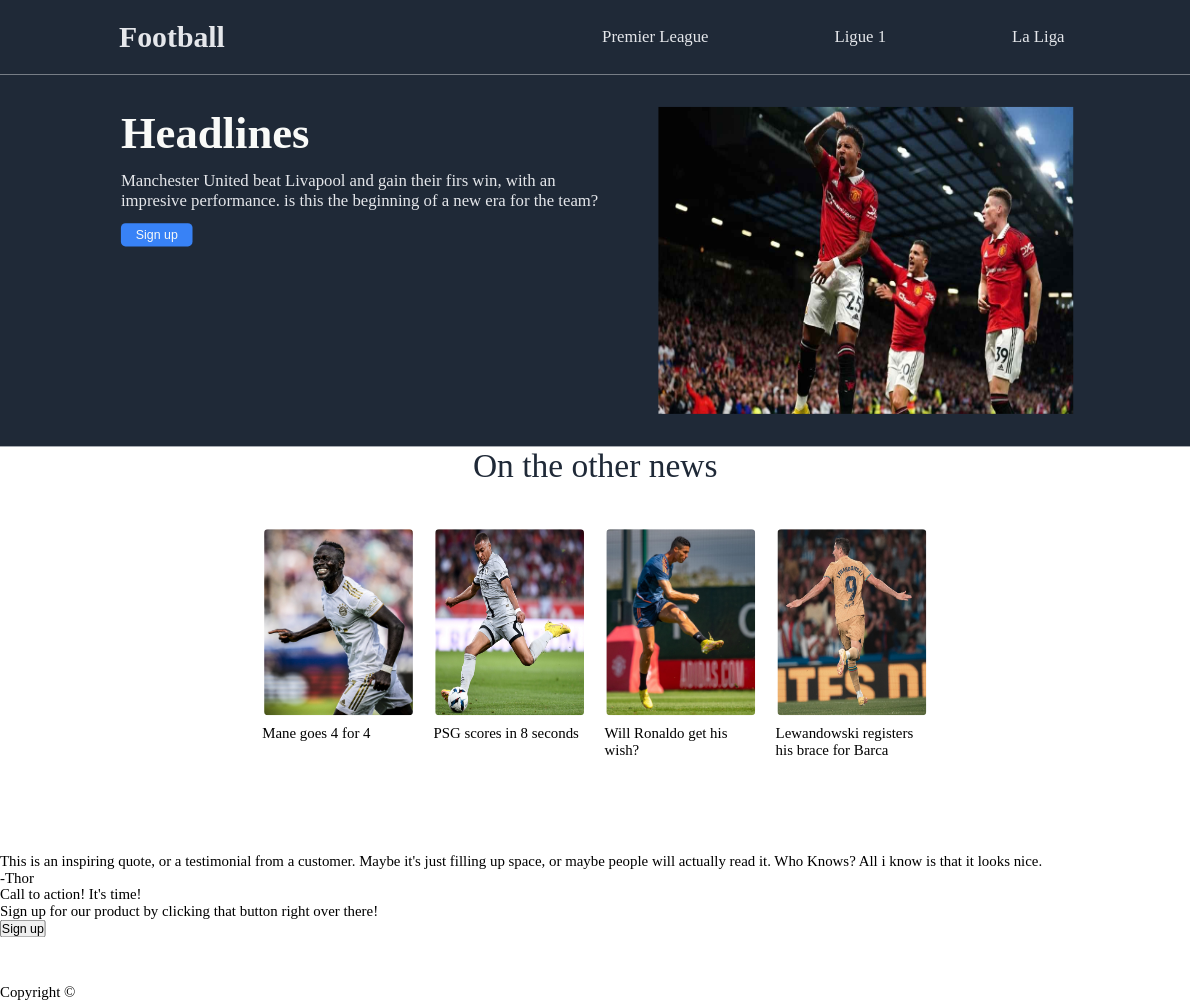
Repository: MhlengiNgubane/Brainnest_CSS
Page: index.html
The author's editor kept a copy of each file at every save. The page is drawn from the files as they stood at one save, then again after the next save.
The browser window is 1280 px wide. The pictures show the whole page, at 93% of full size.

Above is the page before, as saved 2022-08-28 00:30:06.

### index.html
<!DOCTYPE html>
<html lang="en">
<head>
    <meta charset="UTF-8">
    <meta http-equiv="X-UA-Compatible" content="IE=edge">
    <meta name="viewport" content="width=device-width, initial-scale=1.0">
    <title>Home</title>

    <link rel="stylesheet" href="./css/style.css">
</head>
<body>
    <header class="logo-links">
        <h1>
            <a href="index.html">Football</a>
        </h1>
        <nav class="links">
            <a href="./pages/link1.html">Premier League</a>
            <a href="./pages/link2.html">Ligue 1</a>
            <a href="./pages/link3.html">La Liga</a>
        </nav>
    </header>
    <section class="hero">
        <aside class="hero-text">
            <h2 class="hero-text-one">Headlines</h2>
            <p class="hero-text-two">
                Manchester United beat Livapool and gain their firs win,
                with an impresive performance.
                is this the beginning of a new era for the team?
            </p>
            <button type="button" class="hero-button">Sign up</button>
        </aside>
        <aside id="hero-img">
            <img
                src="./images/ManU.png"
                alt="Manchester United"
            />
        </aside>
    </section>
    <main>
        <p class="main-header">On the other news</p>
        <section class="images">
            <figure>
                <img
                    src="./images/mane.png"
                    alt="Sadio Mane in bundesliga"
                />
                <figcaption>
                    Mane goes 4 for 4
                </figcaption>
            </figure>
            <figure>
                <img
                    src="./images/mbappe.png"
                    alt="Kylian Mbappe"
                />
                <figcaption>
                    PSG scores in 8 seconds
                </figcaption>
            </figure>
            <figure class="main-three">
                <img
                    src="./images/ronaldo.png"
                    alt="Cristiano Ronaldo"
                />
                <figcaption>
                    Will Ronaldo get his<br/> wish?
                </figcaption>
            </figure>
            <figure class="main-four">
                <img
                    src="./images/lewandowski.png"
                    alt="Robert Lewandowski"
                />
                <figcaption>
                    <p>Lewandowski registers<br/> his brace for Barca</p>
                </figcaption>
            </figure>
        </section>
        <section>
            <blockquote>
                This is an inspiring quote, or a testimonial from a customer.
                Maybe it's just filling up space, or maybe people will actually
                read it. Who Knows? All i know is that it looks nice.
            </blockquote>
            <p class="quote-text-auth">-Thor</p>
        </section>
        <section class="call-action">
            <p class="call-text-one">Call to action! It's time!</p>
            <p class="call-text-two">Sign up for our product by clicking that button right over there!</p>
            <side class="call-button">
                <button type="button">Sign up</button>
            </side>
        </section>
    </main>
    <footer>
        <p>Copyright ©</p>
    </footer>
</body>
</html>

### css/style.css
* {
    box-sizing: border-box;
    margin: 0;
    padding: 0;
}

header {
    position: fixed;
    left: 0;
    top: 0;
    height: 79.88px;
    width: 100%;
    color: #F9FAF8;
    display: flex;
    justify-content: space-between;
    align-items: center;
    background-color: #1F2937;
}

header h1 {
    display: flex;
    flex: 1;
    align-items: center;
    padding: 0 10%;
}

nav {
    display: flex;
    flex-direction: row;
    justify-content: space-evenly;
    color: #E5E7EB;
    font-size: 18px;
    flex: 3;
}
a {
    text-decoration: none;
    color: #E5E7EB;
}
.hero {
    margin-top: 79.88px;
    display: flex;
    flex-direction: row;
    height: 400px;
    width: 100%;
    background-color: #1F2937;
}
.hero aside {
    flex: 1;
    margin-left: 130px;
    margin-right: 20px;
    margin-top: 35px;
    margin-bottom: 35px;
}
.hero-text-one {
    color: #F9FAF8;
    font-size: 48px;
    margin: 0px;
}
.hero-text-two {
    color: #E5E7EB;
    font-size: 18px;
    margin-top: 14px;
    margin-bottom: 14px;
}
.hero-button {
    background-color: #3882F6;
    border-radius: 5px;
    color: #F9FAF8;
    border:none;
    padding: 5px 16px;
}
#hero-img {
    flex: 1;
    margin-left: 20px;
    margin-right: 35px;
    margin-top: 35px;
    margin-bottom: 45px;
    height: 330px;
    width: 400px;
}
#hero-img img {
    height: 330px;
    width: 446.5px;
}
main {
    margin-bottom: 50px;
}
.main-header {
    color: #1F2937;
    text-align: center;
    font-size: 36px;
}
.images {
    display: flex;
    flex-direction: row;
    justify-content: center;
    height: 350px;
    width: 100%;
    padding-top: 30px;
    padding-bottom: 30px;
    margin-bottom: 45px;
}
figure {
    padding: 15px 10px;
}
figure img {
    height: 200px;
    width: 160px;
    border-radius: 4px;
    margin: 2px
}
figcaption{
    margin-top: 5px;
    margin-bottom: 0px;
    margin-right: 1px;
}

After the next save:
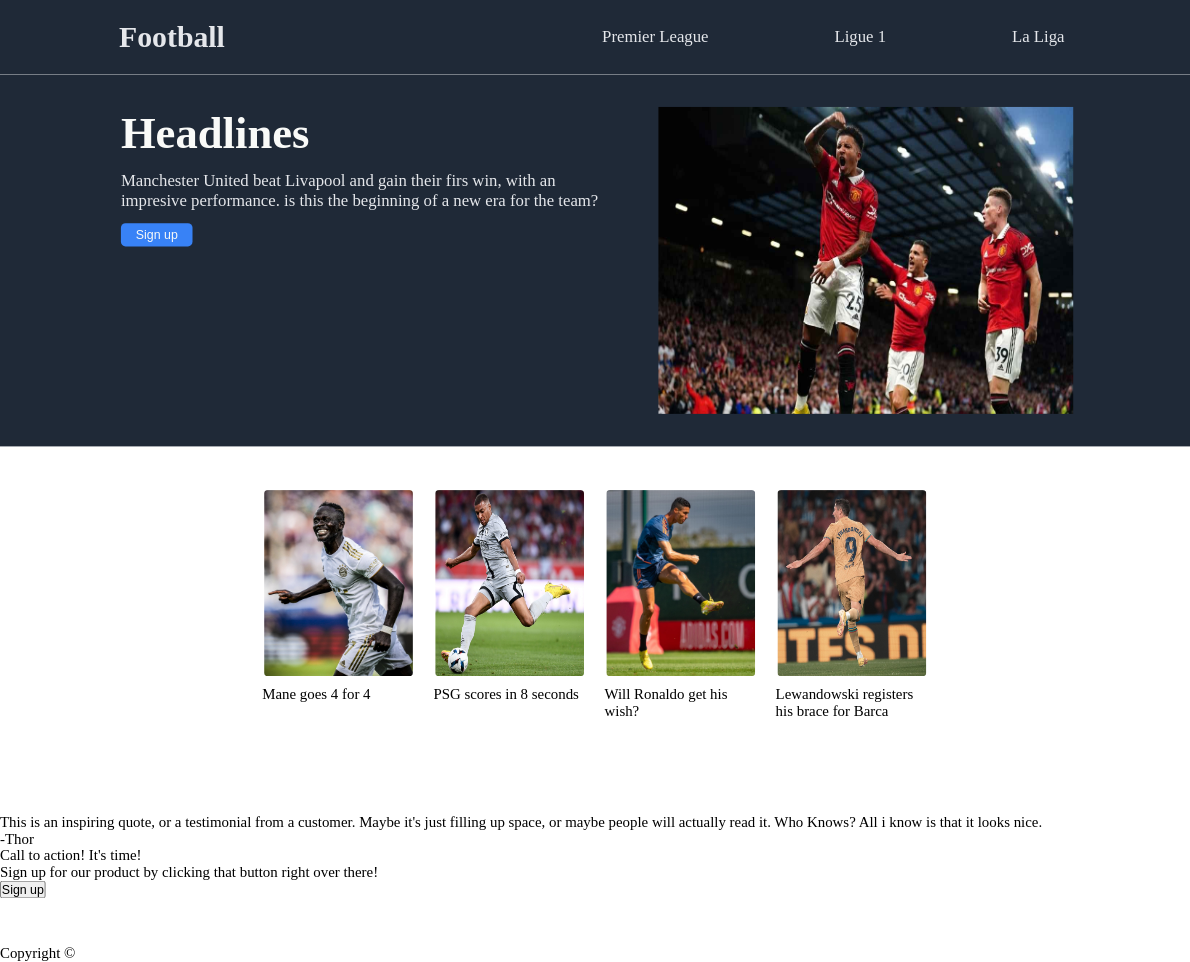
Saved 115 s later.
--- a/index.html
+++ b/index.html
@@ -37,7 +37,7 @@
         </aside>
     </section>
     <main>
-        <p class="main-header">On the other news</p>
+        <p class="main-header"><On the other news</p>
         <section class="images">
             <figure>
                 <img

After the 3 saves that followed:
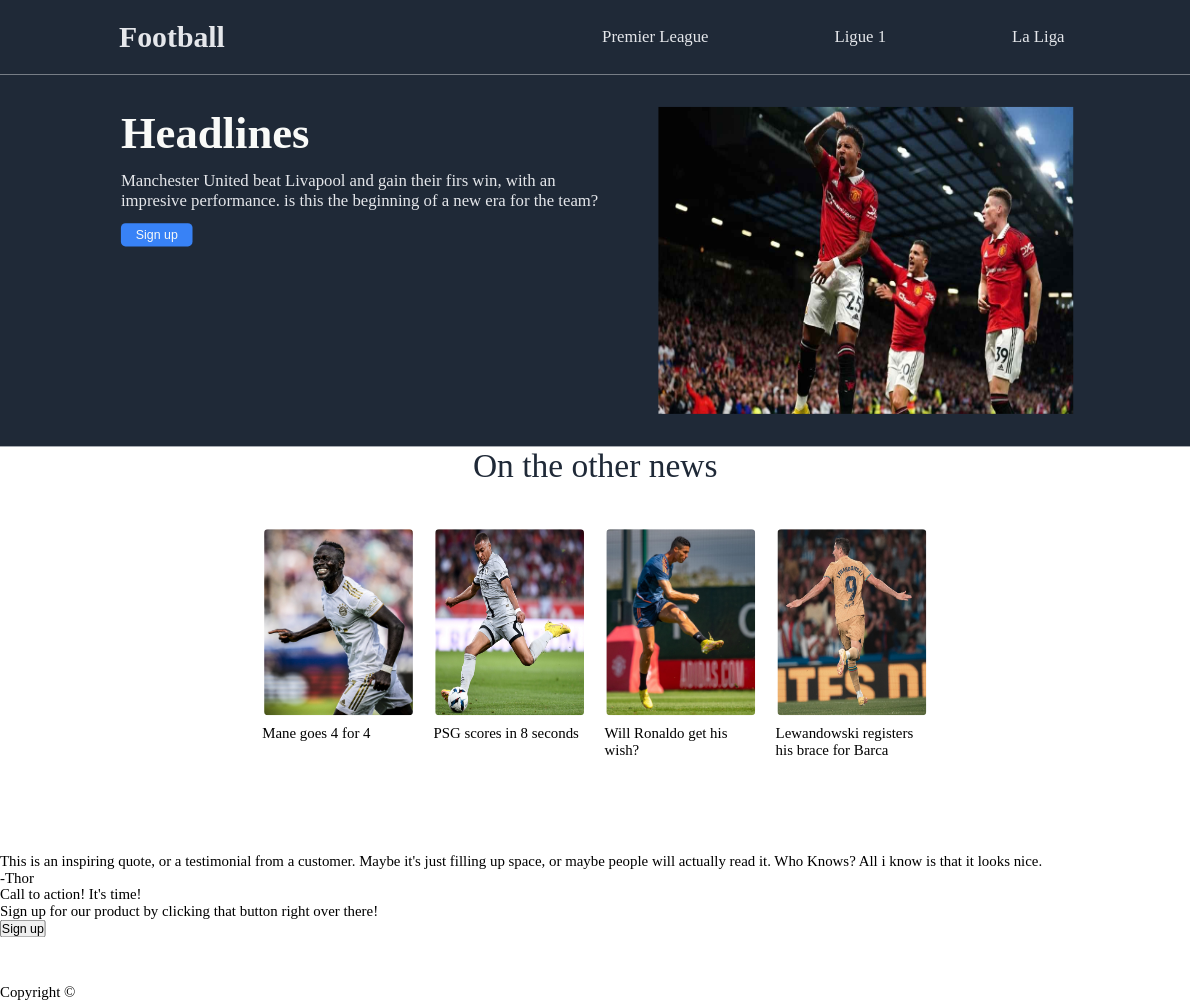
The 3 saves are shown as one change because they came seconds apart.
The last was saved 7 s later.
--- a/index.html
+++ b/index.html
@@ -37,7 +37,7 @@
         </aside>
     </section>
     <main>
-        <p class="main-header"><On the other news</p>
+        <p class="main-header"><strong></strong>On the other news</p>
         <section class="images">
             <figure>
                 <img
